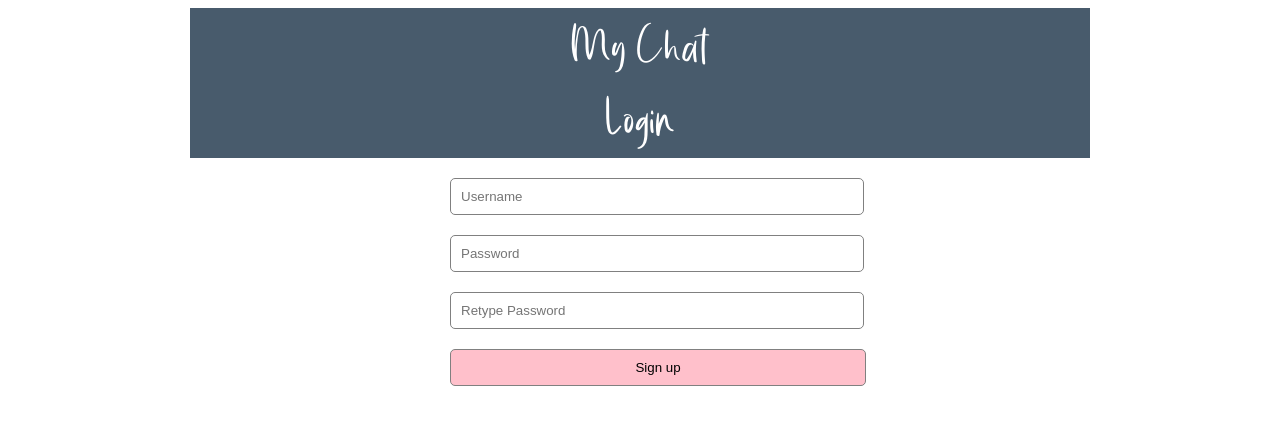
Repository: chathura226/SeekWork_Group_Project_I
Page: http://localhost/signup.php
The author's editor kept a copy of each file at every save. The page is drawn from the files as they stood at one save, then again after the next save.
The browser window is 1280 px wide. The pictures show the whole page.
The page is run by PHP 8.4 with error messages shown; the project is at /var/www/html/.

Above is the page before, as saved 2023-12-05 20:53:39.
Console error: TypeError: Cannot read properties of null (reading 'addEventListener')

After the next save:
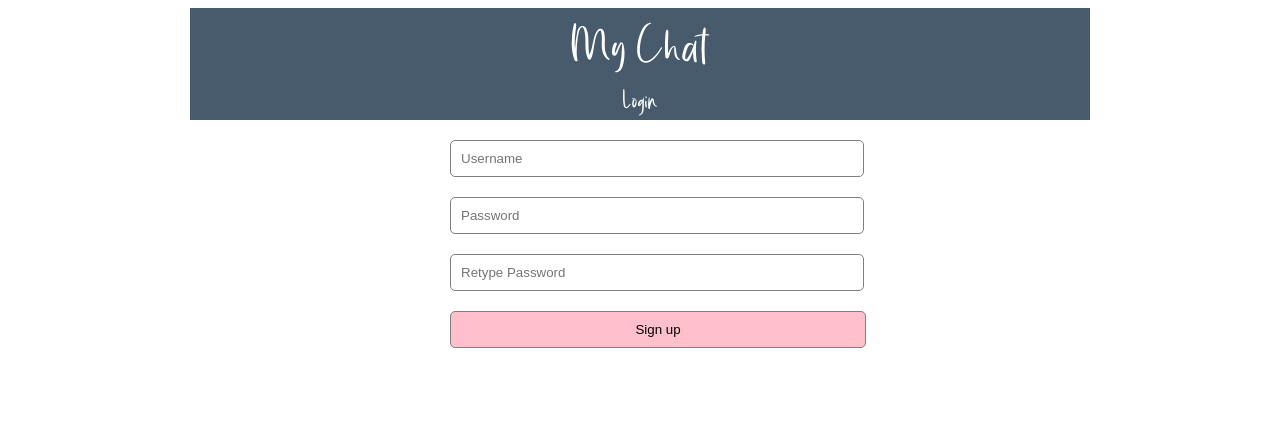
Saved 65 s later.
--- a/chat/signup.php
+++ b/chat/signup.php
@@ -69,7 +69,7 @@
         <div id="header">
             My Chat
 
-            <div>Login</div>
+            <div style="font-size:20px;">Login</div>
 
         </div>
 
